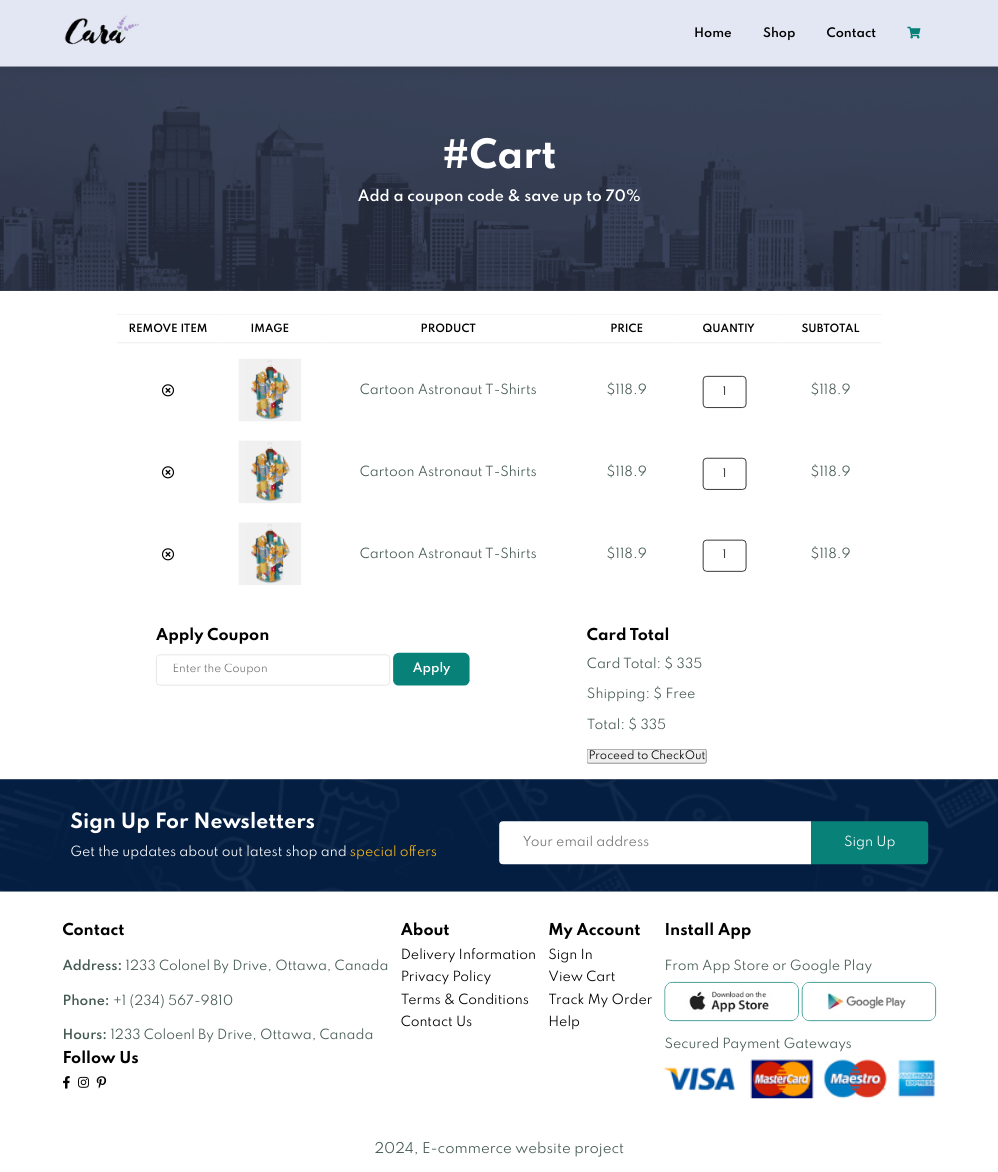
Repository: Daryllgio/E-Commerce-Website-UI
Page: cart.html
An editor plug-in stored every save of this project. The page is shown before and after the next save, followed by the edit.
The browser window is 1280 px wide. The pictures show the whole page, at 78% of full size.
Some web libraries are served in a nearby version.

Above is the page before, as saved 2025-01-02 03:52:53.

After the next save:
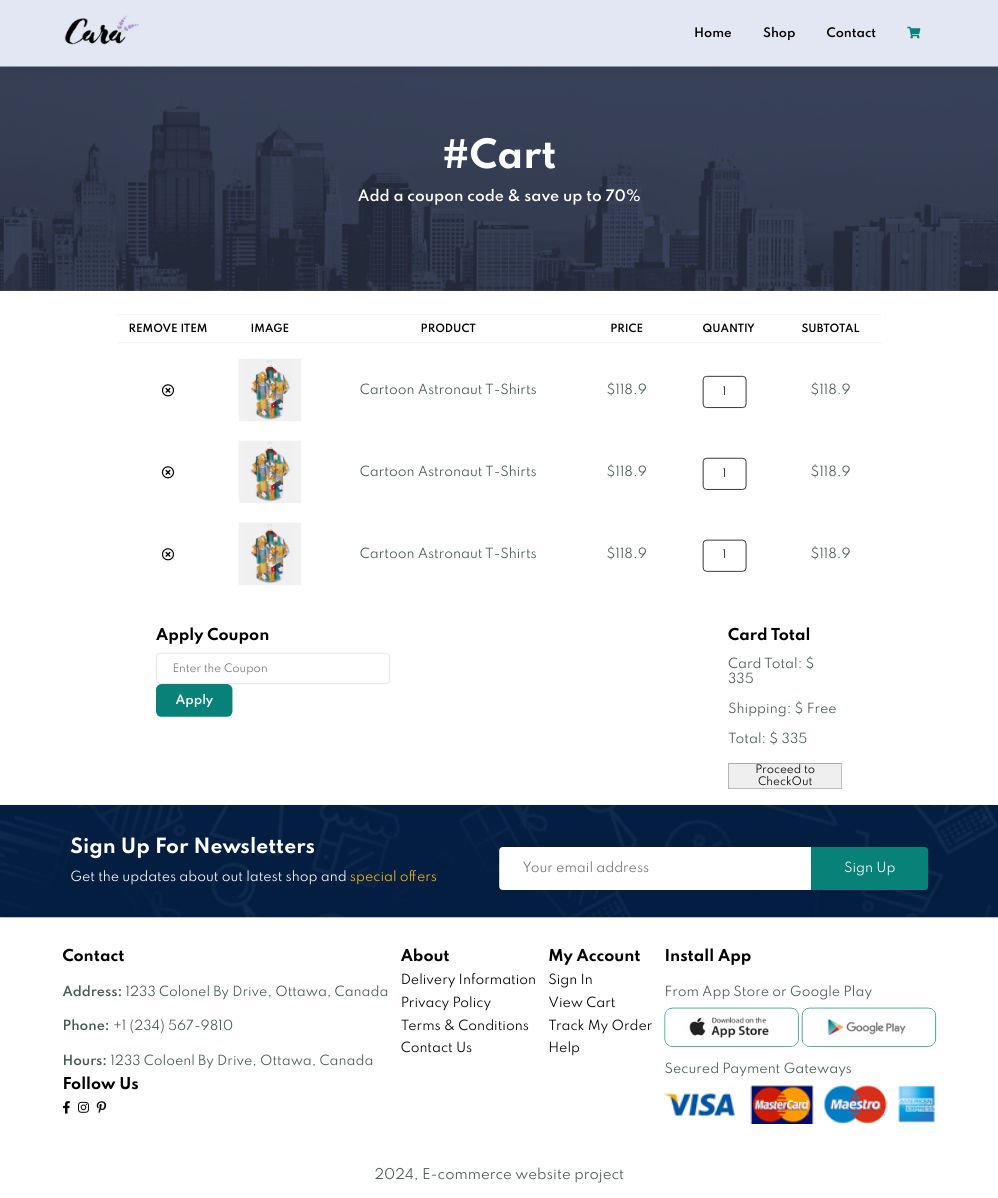
Saved 8 s later.
--- a/style.css
+++ b/style.css
@@ -890,7 +890,7 @@ body {
 #Coupon-Total-Container {
   display: flex;
   padding: 20px 200px;
-  gap: 150px;
+  gap: 350px;
 }
 
 #Coupon-Total-Container h3 {
